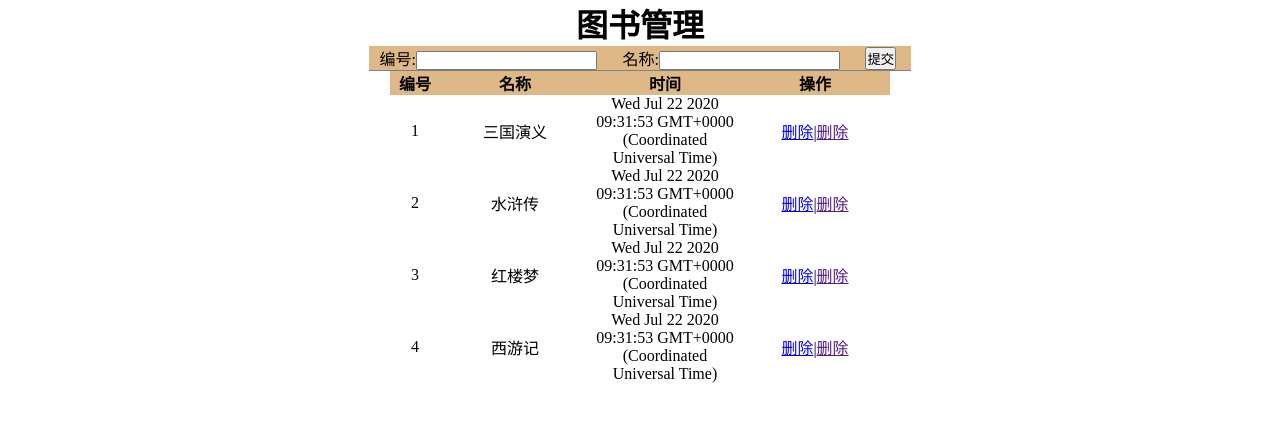
Repository: chenguocan/Vue_demo_1
Page: vue_demo_03/图书管理.html
An editor plug-in stored every save of this project. The page is shown before and after the next save, followed by the edit.
The browser window is 1280 px wide. The pictures show the whole page.

Above is the page before, as saved 2020-07-22 09:42:46.

After the next save:
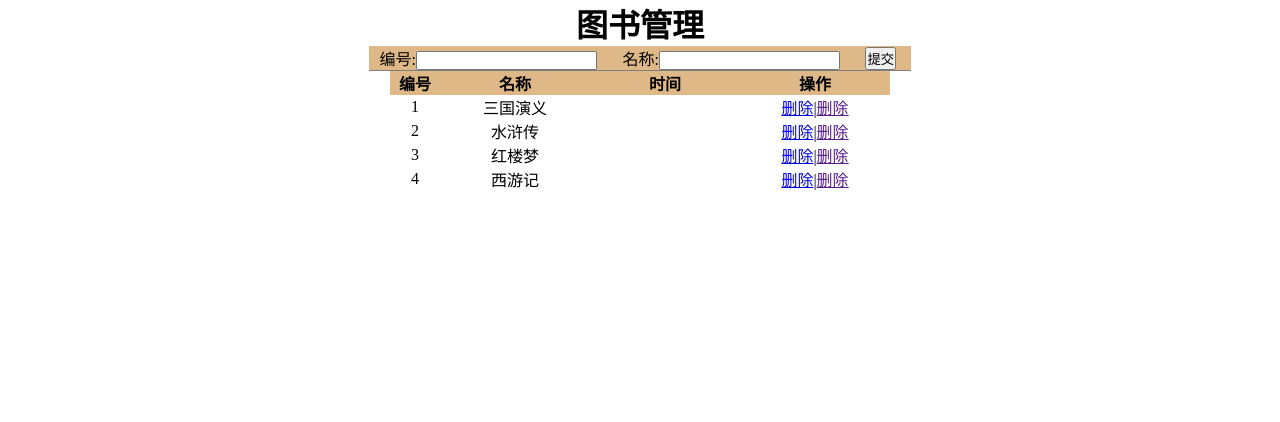
Saved 9 s later.
--- a/vue_demo_03/图书管理.html
+++ b/vue_demo_03/图书管理.html
@@ -66,7 +66,7 @@
               <tr v-for="(item,index) in book">
                 <td>{{item.id}}</td>
                 <td>{{item.bookname}}</td>
-                <td>{{item.date}}</td>
+                <td></td>
                 <td><a href="#">删除</a>|<a href="">删除</a></td>
               </tr>
             </tbody>
